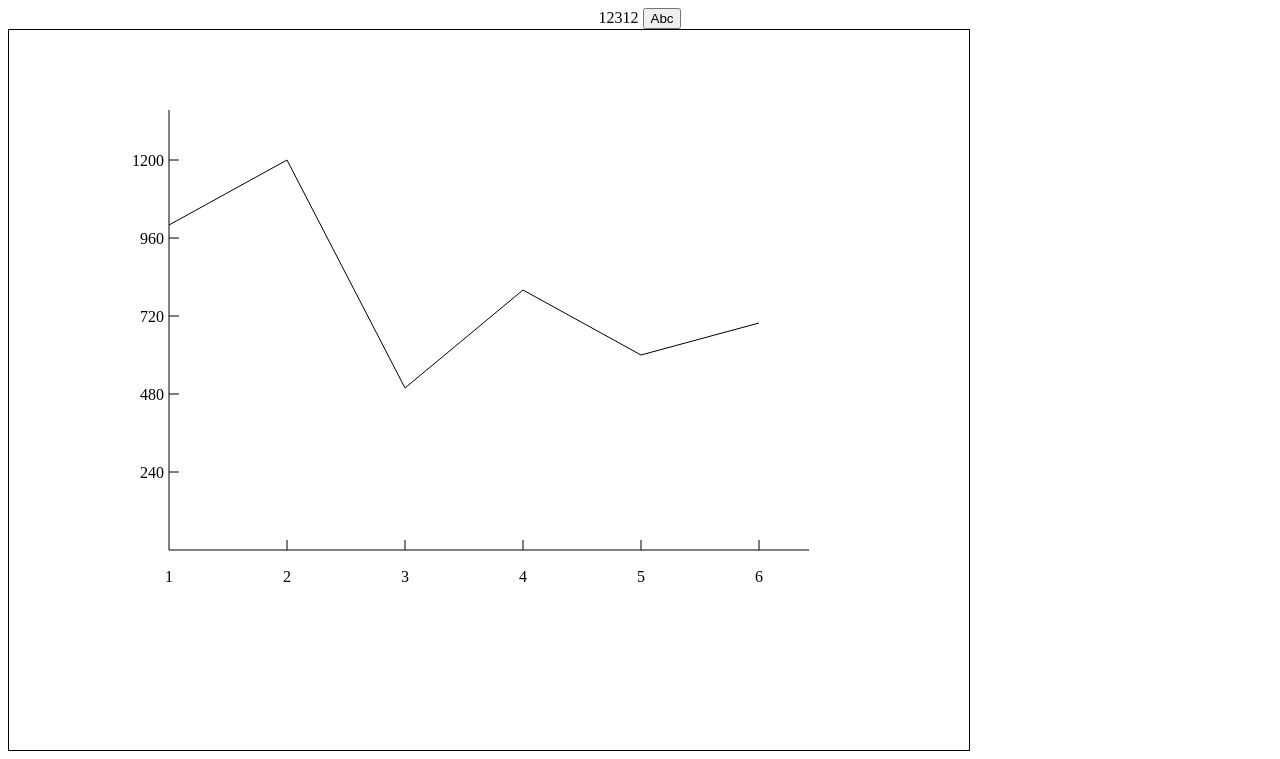
Repository: ycdtc/movie
Page: aaa/WebContent/index.html
An editor plug-in stored every save of this project. The page is shown before and after the next save, followed by the edit.
The browser window is 1280 px wide. The pictures show the whole page.
After loading, the first visible `#abc` was clicked once.

Above is the page before, as saved 2017-06-21 07:54:15.

After the next save:
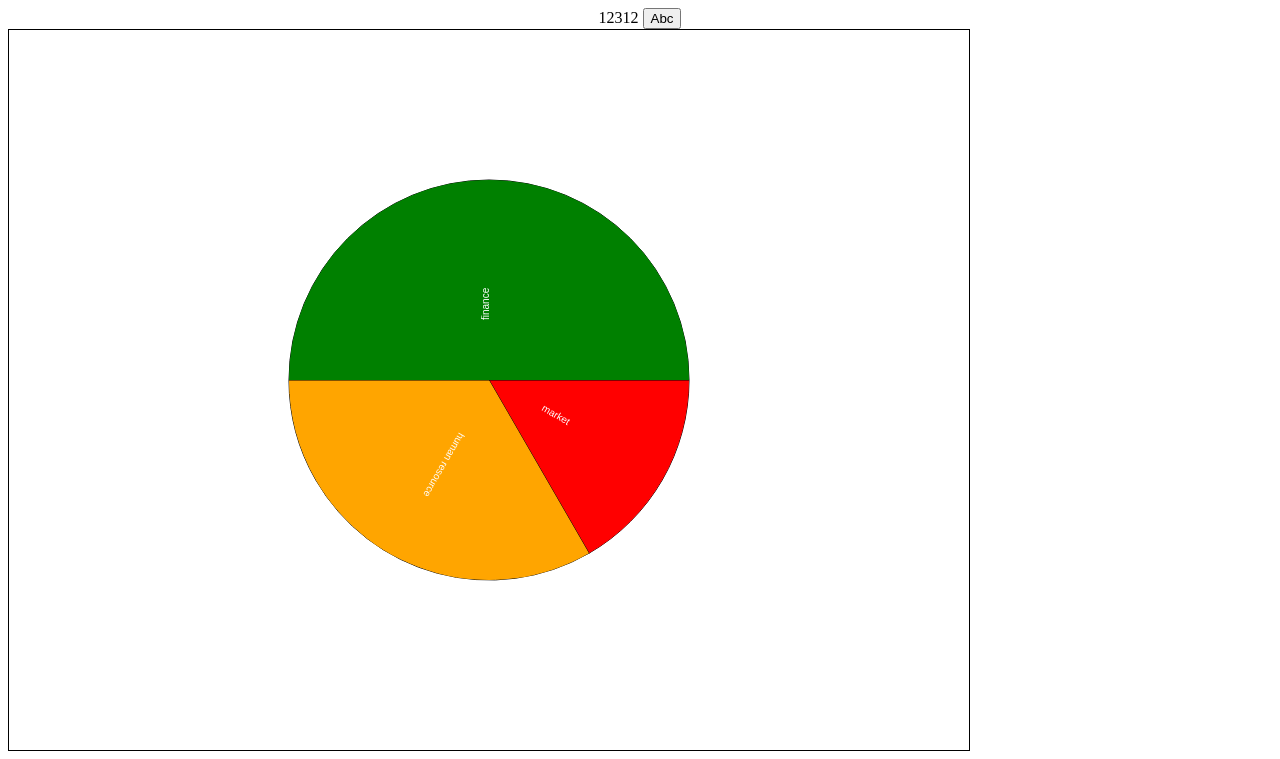
Saved 2 min 37 s later.
--- a/aaa/WebContent/index.html
+++ b/aaa/WebContent/index.html
@@ -16,8 +16,8 @@
 		//location.href = "hr.html?id=123"
 		$("#chart").empty();
 		$("<canvas id=\"can1\" height=\"600\" width=\"800\"></canvas>").appendTo($("#chart"));
-		//drawPie("can1",[10,20,30],["market","human resource","finance"]);
-		drawLine("can1",[1000,1200,500,800,600,700],[1,2,3,4,5,6]);
+		drawPie("can1",[10,20,30],["market","human resource","finance"]);
+		//drawLine("can1",[1000,1200,500,800,600,700],[1,2,3,4,5,6]);
 	});
 
 
